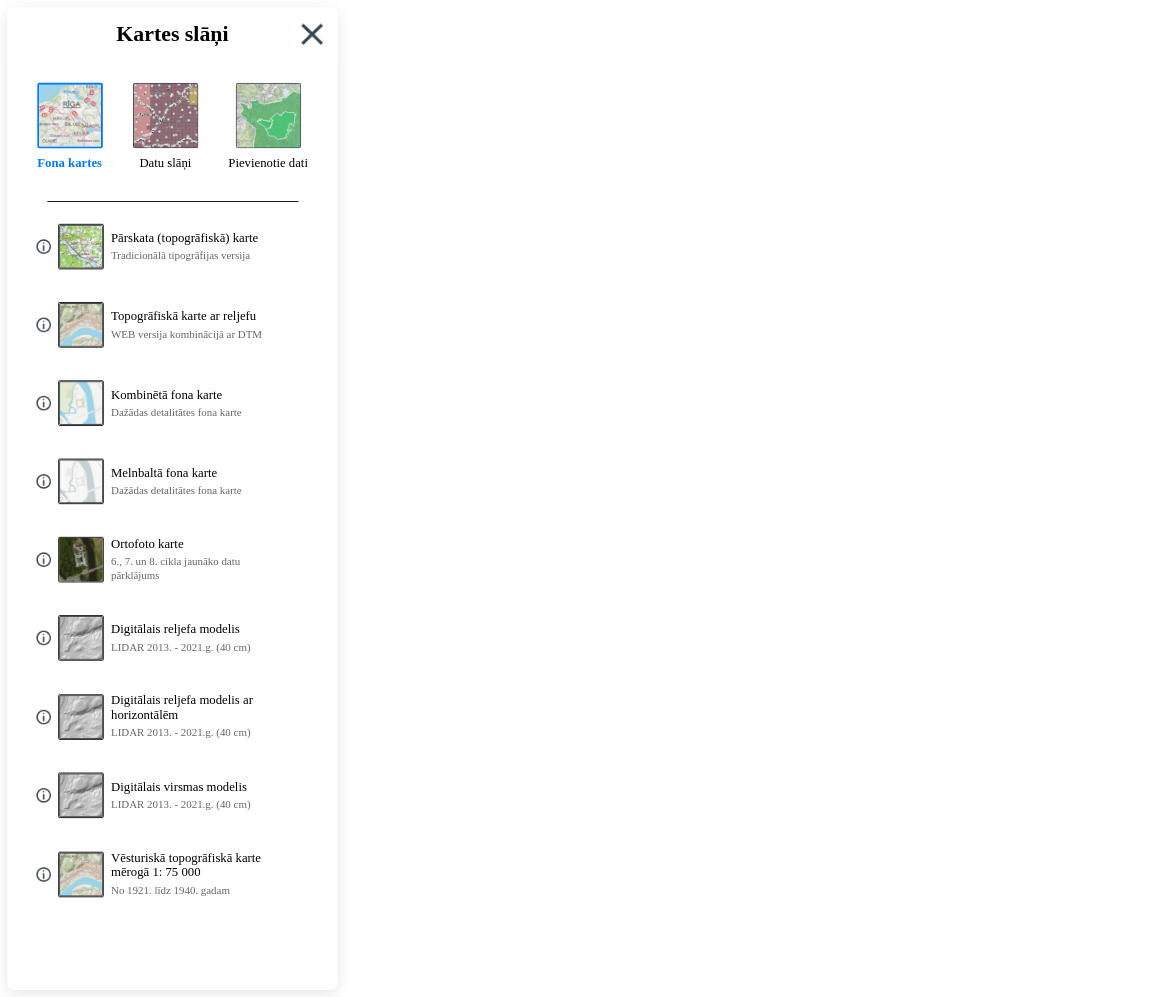
Repository: Kringelis/KP_kar-usl-i
Page: /
The author's editor kept a copy of each file at every save. The page is drawn from the files as they stood at one save, then again after the next save.
The browser window is 1280 px wide. The pictures show the whole page, at 91% of full size.
The project was rebuilt for these pictures with package versions that can differ from the ones it lists, and the page was loaded fresh each time. Also part of the build but not shown: src/components/DatuSlani.scss, src/components/DatuSlani.jsx, src/components/PievienotieDati.scss, src/components/PievienotieDati.jsx, src/App.scss.

Above is the page before, as saved 2024-06-03 13:41:51.

### public/index.html
<!DOCTYPE html>
<html lang="en">
  <head>
    <link
      rel="stylesheet"
      href="https://fonts.googleapis.com/css2?family=Inter:wght@400;500;700&display=swap"
    />

    <meta charset="UTF-8" />
    <meta name="viewport" content="width=device-width, initial-scale=1.0" />
    <title>React App</title>
  </head>
  <body>
    <noscript>You need to enable JavaScript to run this app.</noscript>
    <div id="root"></div>
  </body>
</html>

### src/App.js
import React from "react";
import Sidebar from "./components/Sidebar";
import "./App.scss";

function App() {
  return (
    <div className="App">
      <header className="App-header">
        <Sidebar />
      </header>
    </div>
  );
}

export default App;

### src/components/Sidebar.jsx
import React, { useState } from "react";
import FonaKartes from "./FonaKartes";
import DatuSlani from "./DatuSlani";
import PievienotieDati from "./PievienotieDati";
import "./Sidebar.scss";

import pirmais from "./pirmais.png";
import otrais from "./otrais.png";
import tresais from "./tresais.png";
import close from "./close.png";

const Sidebar = () => {
  const [activeSection, setActiveSection] = useState("FonaKartes");

  return (
    <div className="sidebar">
      <div className="sidebar-header">
        <div className="sidebar-title">Kartes slāņi</div>
        <img src={close} alt="Close" className="close-icon" />
      </div>
      <div className="sidebar-tabs">
        <div
          className={`tab ${activeSection === "FonaKartes" ? "active" : ""}`}
          onClick={() => setActiveSection("FonaKartes")}
        >
          <img src={pirmais} alt="Fona kartes" className="tab-square" />
          <div className="tab-text">Fona kartes</div>
        </div>
        <div
          className={`tab ${activeSection === "DatuSlani" ? "active" : ""}`}
          onClick={() => setActiveSection("DatuSlani")}
        >
          <img src={otrais} alt="Datu slāņi" className="tab-square" />
          <div className="tab-text">Datu slāņi</div>
        </div>
        <div
          className={`tab ${
            activeSection === "PievienotieDati" ? "active" : ""
          }`}
          onClick={() => setActiveSection("PievienotieDati")}
        >
          <img src={tresais} alt="Pievienotie dati" className="tab-square" />
          <div className="tab-text">Pievienotie dati</div>
        </div>
      </div>
      <div className="dividing-line"></div>{" "}
      {/* Added horizontal dividing line */}
      <div className="sidebar-content">
        {activeSection === "FonaKartes" && <FonaKartes />}
        {activeSection === "DatuSlani" && <DatuSlani />}
        {activeSection === "PievienotieDati" && <PievienotieDati />}
      </div>
    </div>
  );
};

export default Sidebar;

### src/components/FonaKartes.jsx
import React, { useState } from "react";
import "./FonaKartes.scss";
import copy from "./copyright.png";
import one from "./Rectangle 4.png";
import two from "./Rectangle 4(1).png";
import three from "./Rectangle 4(2).png";
import four from "./Rectangle 4(3).png";
import five from "./Rectangle 4(4).png";
import six from "./Rectangle 4(5).png";
import seven from "./Rectangle 4(6).png";
import eight from "./Rectangle 4(7).png";
import nine from "./Rectangle 4(8).png";

const FonaKartes = () => {
  const [activeItem, setActiveItem] = useState(null);

  const items = [
    {
      id: 1,
      title: "Pārskata (topogrāfiskā) karte",
      subtitle: "Tradicionālā tipogrāfijas versija",
      image: one,
    },
    {
      id: 2,
      title: "Topogrāfiskā karte ar reljefu",
      subtitle: "WEB versija kombinācijā ar DTM",
      image: two,
    },
    {
      id: 3,
      title: "Kombinētā fona karte",
      subtitle: "Dažādas detalitātes fona karte",
      image: three,
    },
    {
      id: 4,
      title: "Melnbaltā fona karte",
      subtitle: "Dažādas detalitātes fona karte",
      image: four,
    },
    {
      id: 5,
      title: "Ortofoto karte",
      subtitle: "6., 7. un 8. cikla jaunāko datu pārklājums",
      image: nine,
    },
    {
      id: 6,
      title: "Digitālais reljefa modelis",
      subtitle: "LIDAR 2013. - 2021.g. (40 cm)",
      image: six,
    },
    {
      id: 7,
      title: "Digitālais reljefa modelis ar horizontālēm",
      subtitle: "LIDAR 2013. - 2021.g. (40 cm)",
      image: seven,
    },
    {
      id: 8,
      title: "Digitālais virsmas modelis",
      subtitle: "LIDAR 2013. - 2021.g. (40 cm)",
      image: seven,
    },
    {
      id: 9,
      title: "Vēsturiskā topogrāfiskā karte mērogā 1: 75 000",
      subtitle: "No 1921. līdz 1940. gadam",
      image: eight,
    },
  ];

  const handleItemClick = (id) => {
    setActiveItem(id);
  };

  return (
    <div className="fona-kartes">
      {items.map((item) => (
        <div
          key={item.id}
          className={`fona-kartes-item ${
            activeItem === item.id ? "active" : ""
          }`}
          onClick={() => handleItemClick(item.id)}
        >
          <img src={copy} alt="info" className="info-icon" />
          <div className="item-square">
            <img src={item.image} alt={`Kartes ikona`} />
          </div>
          <div className="item-text">
            <div className="item-title">{item.title}</div>
            <div className="item-subtitle">{item.subtitle}</div>
            {activeItem === item.id && (
              <div className="slider-container">
                <div className="hollow-square"></div>
                <input type="range" className="item-slider" />
                <div className="black-square"></div>
              </div>
            )}
          </div>
        </div>
      ))}
    </div>
  );
};

export default FonaKartes;

### src/components/Sidebar.scss
.sidebar {
  width: 363px;
  height: 1080px;
  background-color: #ffffff;
  box-shadow: 0px 4px 16px rgba(0, 0, 0, 0.1);
  border-radius: 8px;
  overflow: hidden;
  position: relative;

  .sidebar-header {
    display: flex;
    justify-content: center;
    align-items: center;
    padding: 16px;
    background-color: #ffffff;
    position: relative;

    .sidebar-title {
      font-size: 24px;
      font-weight: bold;
      color: #000000;
    }
    &.active {
      color: #007bff;
    }

    .close-icon {
      width: 24px;
      height: 24px;
      cursor: pointer;
      position: absolute;
      right: 16px;
    }
  }

  .sidebar-tabs {
    display: flex;
    justify-content: space-around;
    padding: 16px;

    .tab {
      display: flex;
      flex-direction: column;
      align-items: center;
      font-size: 14px;
      color: #000000;
      cursor: pointer;
      padding: 8px 0;

      border-radius: 10%;
      transition: background-color 0.3s ease, color 0.3s ease;

      &.active {
        .tab-square {
          border: 2px solid #007bff;
          box-sizing: border-box;
          border-radius: 3%;
        }
        .tab-text {
          color: #007bff;
          font-weight: bold;
        }
      }

      &:hover {
        background-color: #f8f9fa;
      }

      .tab-square {
        width: 72px;
        height: 72px;
        margin-bottom: 8px;
        display: flex;
        border-radius: 3%;
        justify-content: center;
        align-items: center;
        box-sizing: border-box;
      }

      .tab-image {
        width: 100%;
        height: 100%;
        object-fit: cover;
      }

      .tab-text {
        text-align: center;
      }
    }
  }

  .sidebar-content {
    padding: 16px;
  }

  .dividing-line {
    width: 276px;
    height: 1px;
    background-color: #000;
    margin: 0 auto;
    margin-top: 10px;
  }
}

### src/components/FonaKartes.scss
.fona-kartes {
  display: flex;
  flex-direction: column;
  gap: 20px;

  .fona-kartes-item {
    width: 264px;
    padding: 8px 16px;
    background-color: #ffffff;
    display: flex;
    align-items: center;
    font-size: 14px;
    color: #000000;
    opacity: 1;
    transition: background-color 0.3s ease, color 0.3s ease;
    position: relative;
    cursor: pointer;

    &:hover {
      background-color: #e0e0e0;
    }

    &.active {
      .item-title {
        color: #007bff;
      }

      .item-slider {
        display: block;
      }
      .item-square {
        border: 2px solid #007bff;
        border-radius: 3%;
      }
    }

    .info-icon {
      width: 16px;
      height: 16px;
      margin-right: 8px;
    }

    .item-square {
      width: 48px;
      height: 48px;
      border: 1px solid #000;
      border-radius: 3%;
      display: flex;
      align-items: center;
      justify-content: center;
      margin-right: 8px;
      flex-shrink: 0;
    }
    &.active {
      color: #007bff;
    }

    .item-text {
      display: flex;
      flex-direction: column;
      gap: 4px;
    }

    .item-title {
      //font-weight: bold;
    }

    .item-subtitle {
      font-size: 12px;
      color: #666;
    }

    .slider-container {
      display: flex;
      align-items: center;
      gap: 4px;
      margin-top: 4px;

      .hollow-square {
        width: 7px;
        height: 7px;
        border: 1px solid #000;
      }

      .item-slider {
        -webkit-appearance: none;
        background: #000;
        height: 2px;
        width: 80px;
      }
      .item-slider::-moz-range-thumb {
        height: 7px;
        width: 7px;
        background: #000;
        border: #000;
      }
      .black-square {
        width: 8px;
        height: 8px;
        background-color: #000;
      }
    }
  }
}

Loaded but not shown: src/index.js (common file); src/reportWebVitals.js (common file); src/index.css (no stored copy; drawn as an empty file)

After the next save:
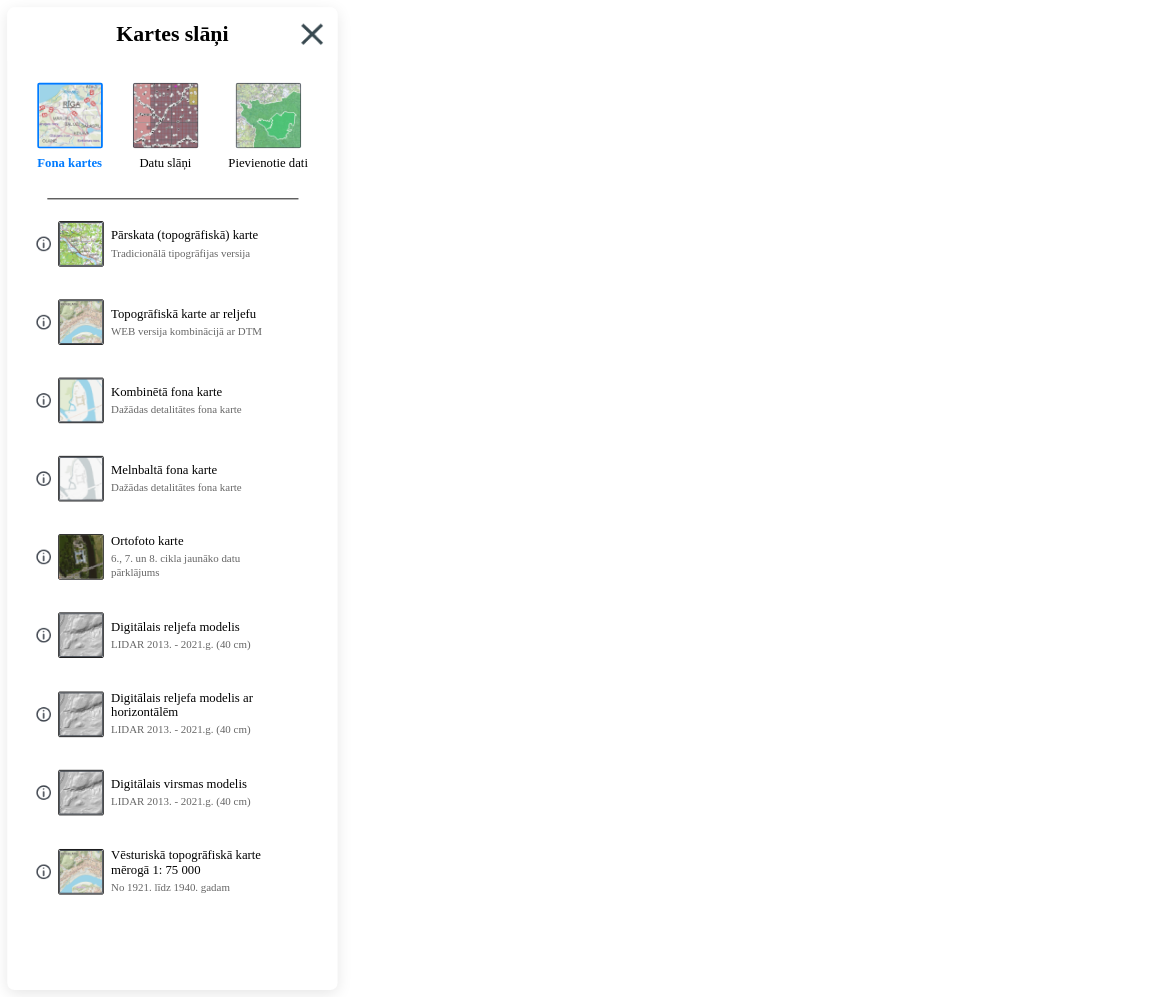
Saved 10 s later.
--- a/src/components/Sidebar.scss
+++ b/src/components/Sidebar.scss
@@ -98,6 +98,6 @@
     height: 1px;
     background-color: #000;
     margin: 0 auto;
-    margin-top: 10px;
+    margin-top: 7px;
   }
 }
